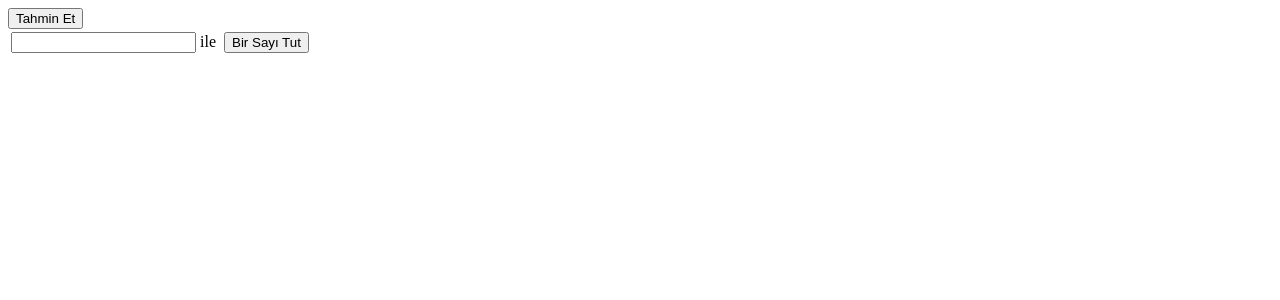
Repository: emrebolukbas/.js-Training-Tobeto
Page: 4-oyunBirSayiTut/public/oyunBirSayiTut.html
An editor plug-in stored every save of this project. The page is shown before and after the next save, followed by the edit.
The browser window is 1280 px wide. The pictures show the whole page.

Above is the page before, as saved 2023-10-08 20:40:40.
Console error: ReferenceError: sayfaYukle is not defined

### 4-oyunBirSayiTut/public/oyunBirSayiTut.html
<!DOCTYPE html>
<html>
<head>
	<meta charset="UTF-8">
	<title> 4-Oyun Bir Sayı Tut 1.0 </title>
	<link rel="stylesheet" href="oyunBirSayiTut.css">
	<script type="text/javascript" src="oyunBirSayiTut.js"></script>
</head>
<body onload="sayfaYukle()">

	<table class="table-1">
		<tr class="tr-1">
			<td class="td-1">
				<input id="input-1" type="number">
					<label for="input-1">ile</label>
			</td>
			<td>

			</td>
			<td>
				<button> Bir Sayı Tut </button>
			</td>
		</tr>
		<tr>
			<td colspan="1">

			</td>
		</tr>
		<button> Tahmin Et </button>
	</table>

	<br/>
	<br/>
	<p></p>

</body>
</html>

### 4-oyunBirSayiTut/public/oyunBirSayiTut.css
@charset "UTF-8";

table {
	border: solid 2px dashed #4455ee;
}

Loaded but not shown: 4-oyunBirSayiTut/public/oyunBirSayiTut.js (common file)

After the next save:
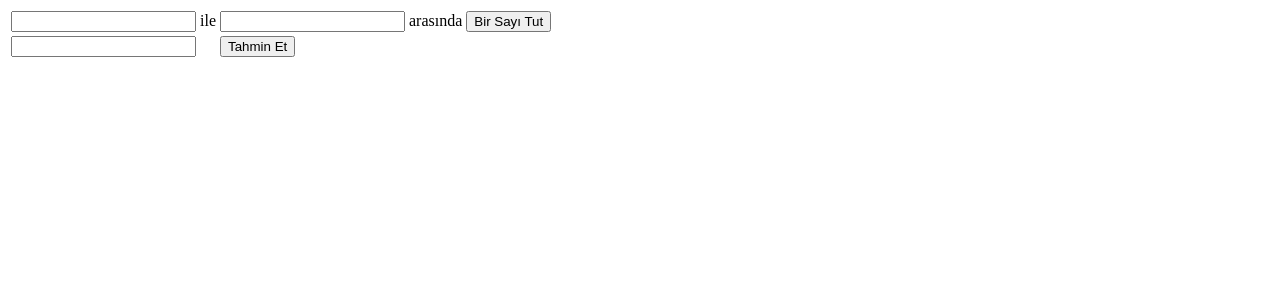
Saved 4 min 41 s later.
--- a/4-oyunBirSayiTut/public/oyunBirSayiTut.html
+++ b/4-oyunBirSayiTut/public/oyunBirSayiTut.html
@@ -6,27 +6,30 @@
 	<link rel="stylesheet" href="oyunBirSayiTut.css">
 	<script type="text/javascript" src="oyunBirSayiTut.js"></script>
 </head>
-<body onload="sayfaYukle()">
+<body onload="sayfaYukle();">
 
 	<table class="table-1">
 		<tr class="tr-1">
 			<td class="td-1">
 				<input id="input-1" type="number">
-					<label for="input-1">ile</label>
+				<label for="input-1">ile</label>
 			</td>
-			<td>
-
+			<td class="td-1">
+				<input id="input-2" type="number">
+				<label for="input-2">arasında</label>
 			</td>
-			<td>
+			<td class="td-1">
 				<button> Bir Sayı Tut </button>
 			</td>
 		</tr>
-		<tr>
-			<td colspan="1">
-
+		<tr class="tr-1">
+			<td class="td-1">
+				<input id="input-3" type="number">
+			</td>
+			<td class="td-2" colspan="2">
+				<button id="button-1" class="button-1" type="button" onclick="tahminEt();"> Tahmin Et </button>
 			</td>
 		</tr>
-		<button> Tahmin Et </button>
 	</table>
 
 	<br/>
